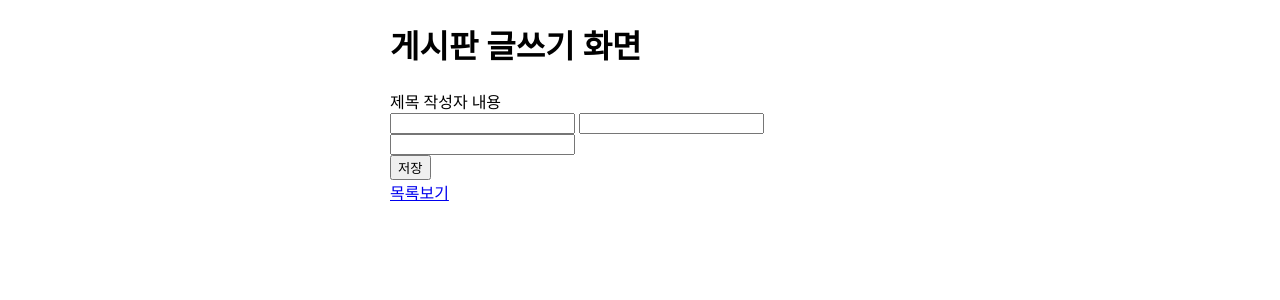
Repository: saysang22/servlet
Page: http://localhost/bbs/write.jsp
These files come from the project's save history. The page is drawn as it stood at one moment and after the next save; the edit follows.
The browser window is 1280 px wide. The pictures show the whole page.
The page is served by Tomcat 10. Other server files are loaded and not shown.

Above is the page before, as saved 2024-06-05 01:43:32.

### bbs/src/main/webapp/write.jsp
<%@ page language="java" contentType="text/html; charset=UTF-8"
    pageEncoding="UTF-8"%>
<!DOCTYPE html>
<html>
<head>
<meta charset="UTF-8">
<title>글쓰기</title>
<style>
	.wrap {
		width: 500px;
		margin: 0 auto;
	}
</style>
</head>
<body>
	<div class="wrap">
		<h1>게시판 글쓰기 화면</h1>
		<form action="write.do" method="post">
			<div class="inputWrap">
				<div>
					<label>제목</label>
					<label>작성자</label>
					<label>내용</label>

				</div>
				<div>
					<input type="text" name="title">
					<input type="text" name="author">
					<input type="text" name="content">
				</div>
			</div>
			<input type="submit" value="저장">
		</form>
		<a href="list.do" class="btn">목록보기</a>
	</div>
</body>
</html>

After the next save:
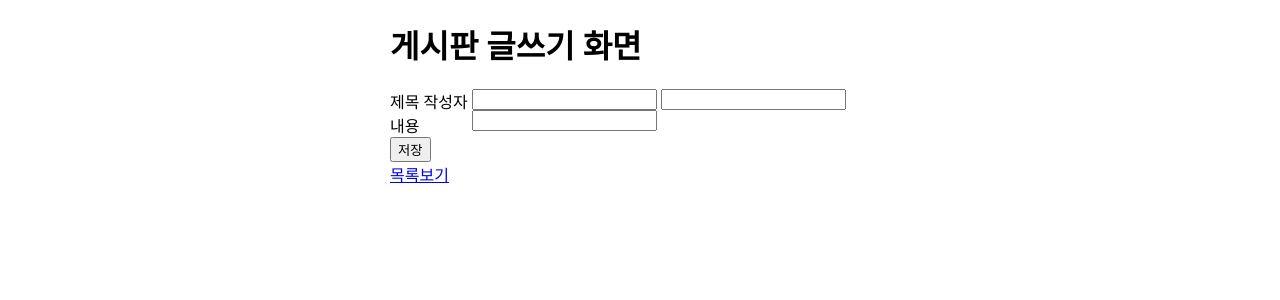
Saved 30 s later.
--- a/bbs/src/main/webapp/write.jsp
+++ b/bbs/src/main/webapp/write.jsp
@@ -9,6 +9,10 @@
 	.wrap {
 		width: 500px;
 		margin: 0 auto;
+	}
+
+	.inputWrap {
+		display: flex;
 	}
 </style>
 </head>
